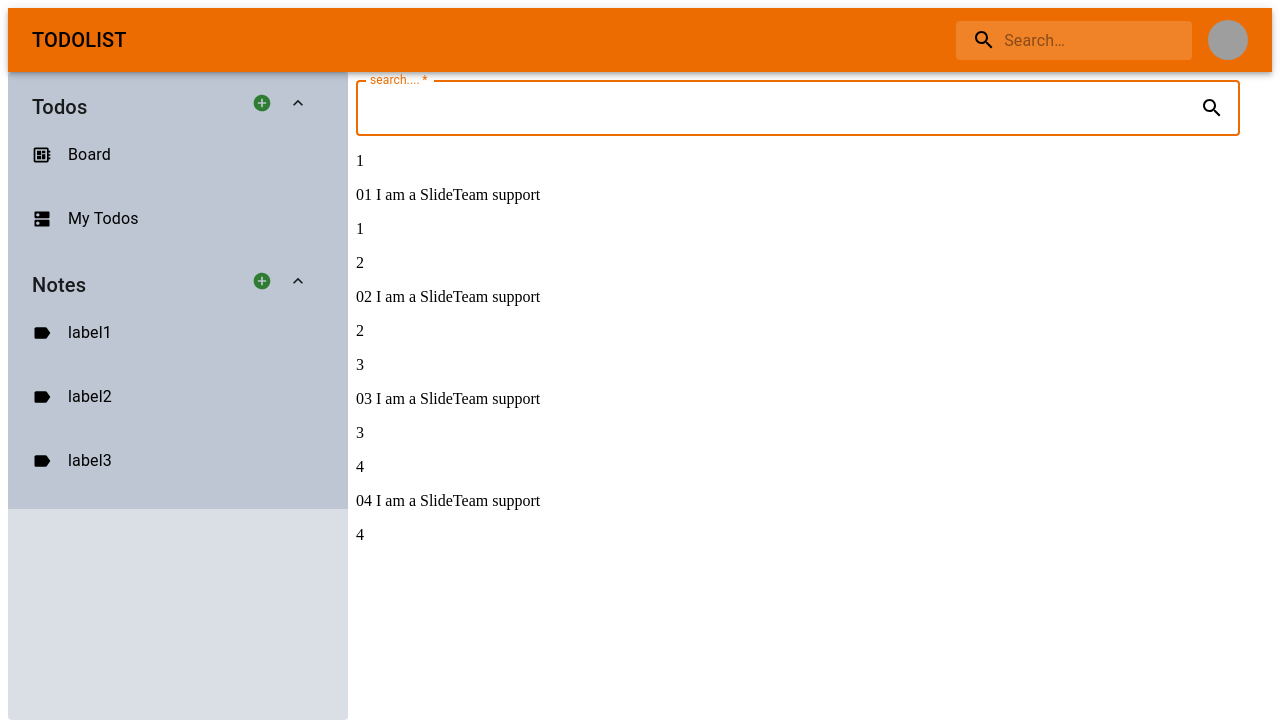
Repository: HrishrathTBS/Trackerbea
Page: / (app in client/)
An editor plug-in stored every save of this project. The page is shown before and after the next save, followed by the edit.
The browser window is 1280 px wide. The pictures show the whole page.
Pictures or frames that could not be fetched are drawn as grey boxes. The project was rebuilt for these pictures with package versions that can differ from the ones it lists, and the page was loaded fresh each time. Also part of the build but not shown: client/src/components/TodoList.js, client/src/components/Board.js, client/src/components/ListOfBar.js, client/src/components/MyTodos.js, client/src/pages/Label/Label1.js, client/src/pages/Label/Label2.js, client/src/pages/Label/Label3.js.

Above is the page before, as saved 2022-03-10 15:31:05.

After the next save:
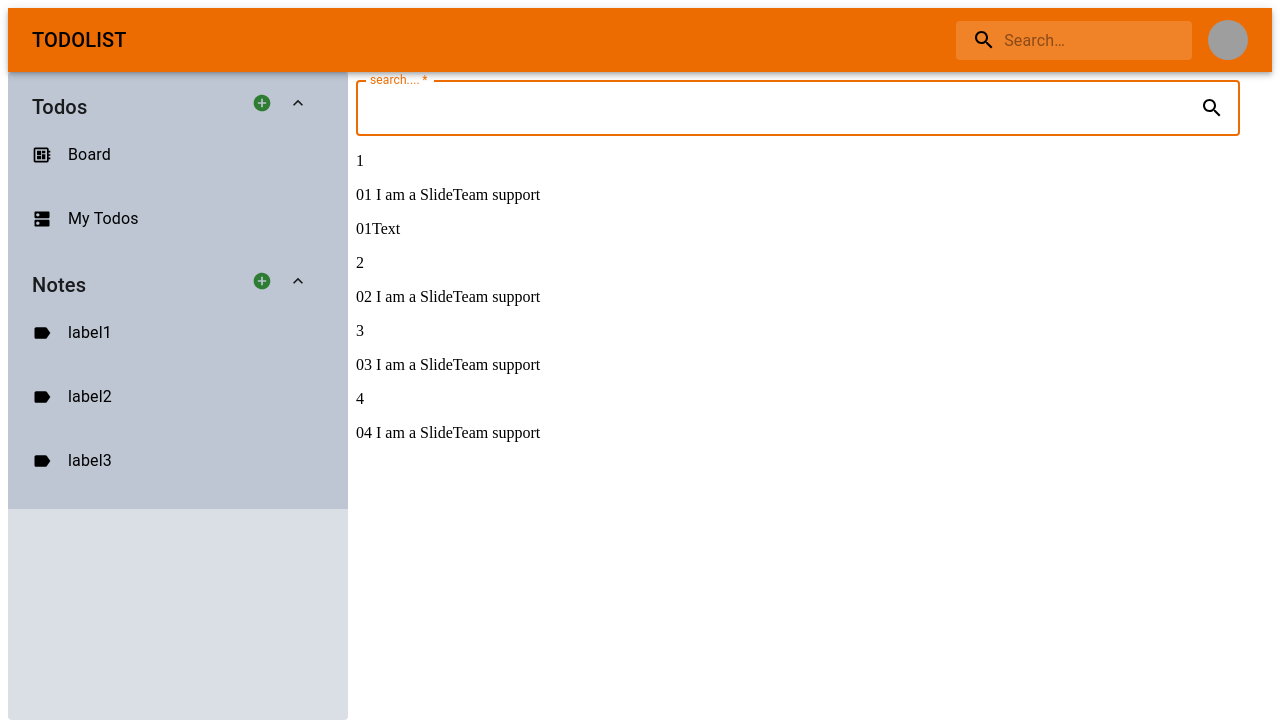
Saved 13 s later.
--- a/client/src/components/Filter.js
+++ b/client/src/components/Filter.js
@@ -25,7 +25,7 @@ const Filter = () => {
             <>
               <p>{team.HeaderText}</p>
               <p>{team.NotesText}</p>
-              <p>{team.HeaderText}</p>
+              <p>{team.TitleText}</p>
             </>
           ))}
         </Grid>
